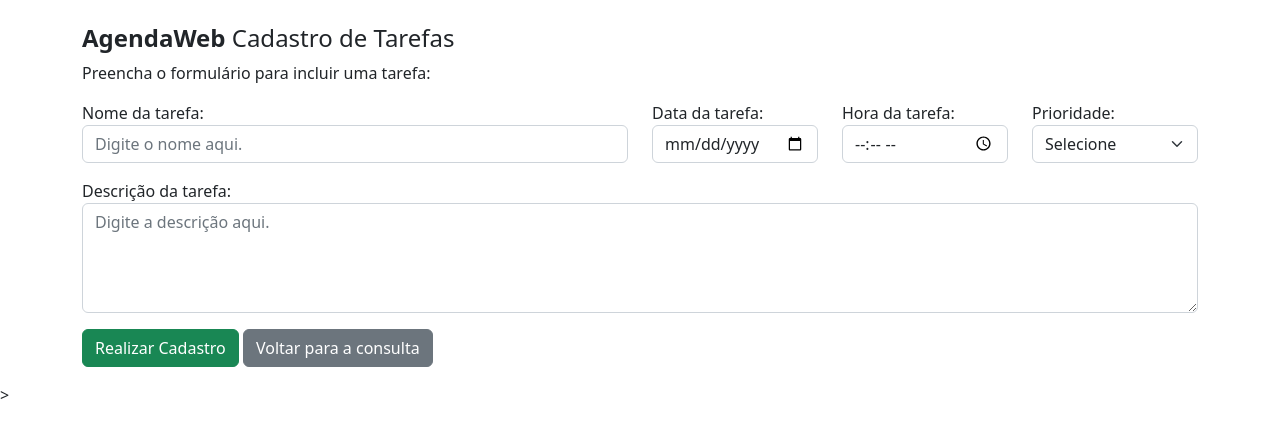
Repository: thamaraamaral/desafio_mvc1
Page: http://localhost/gft-milhas/WEB-INF/views/eventos-cadastro.jsp
These files come from the project's save history. The page is drawn as it stood at one moment and after the next save; the edit follows.
The browser window is 1280 px wide. The pictures show the whole page.
The page is served by Tomcat 9. Nobody is signed in. Other server files are loaded and not shown. The template is opened directly, without the code that normally fills it, so the values that code supplies are empty.

Above is the page before, as saved 2022-10-28 18:25:28.

### gft-milhas/src/main/webapp/WEB-INF/views/eventos-cadastro.jsp
<%@ page language="java" contentType="text/html; charset=ISO-8859-1"
	pageEncoding="UTF-8"%>
<!DOCTYPE html>
<html>
<head>
<meta charset="UTF-8">
<title>Cadastro de Eventos</title>

<!-- CSS only -->
<link
	href="https://cdn.jsdelivr.net/npm/bootstrap@5.2.2/dist/css/bootstrap.min.css"
	rel="stylesheet"
	integrity="sha384-Zenh87qX5JnK2Jl0vWa8Ck2rdkQ2Bzep5IDxbcnCeuOxjzrPF/et3URy9Bv1WTRi"
	crossorigin="anonymous">

</head>
<body>

	<div class="container mt-4">

		<div class="row mb-3">
			<div class="col-md-12">
				<h4><strong>AgendaWeb</strong> Cadastro de Tarefas</h4>
				Preencha o formulário para incluir uma tarefa:
			</div>
		</div>

		<form class="mb-3">

			<div class="row mb-3">
				<div class="col-md-6">
					<label>Nome da tarefa:</label>
					<input type="text" class="form-control" placeholder="Digite o nome aqui."/>
				</div>
				<div class="col-md-2">
					<label>Data da tarefa:</label>
					<input type="date" class="form-control"/>
				</div>
				<div class="col-md-2">
					<label>Hora da tarefa:</label>
					<input type="time" class="form-control"/>
				</div>
				<div class="col-md-2">
					<label>Prioridade:</label>
					<select class="form-select">
						<option>Selecione</option>
					</select>
				</div>
			</div>

			<div class="mb-3">
				<label>Descrição da tarefa:</label>
				<textarea class="form-control" rows="4" placeholder="Digite a descrição aqui."></textarea>
			</div>

			<div class="mb-3">

				<input type="submit" value="Realizar Cadastro" class="btn btn-success"/>

				<a href="/agendaweb/tarefas-consulta" class="btn btn-secondary">
					Voltar para a consulta
				</a>

			</div>

		</form>

	</div>

</body>
</html>>

After the next save:
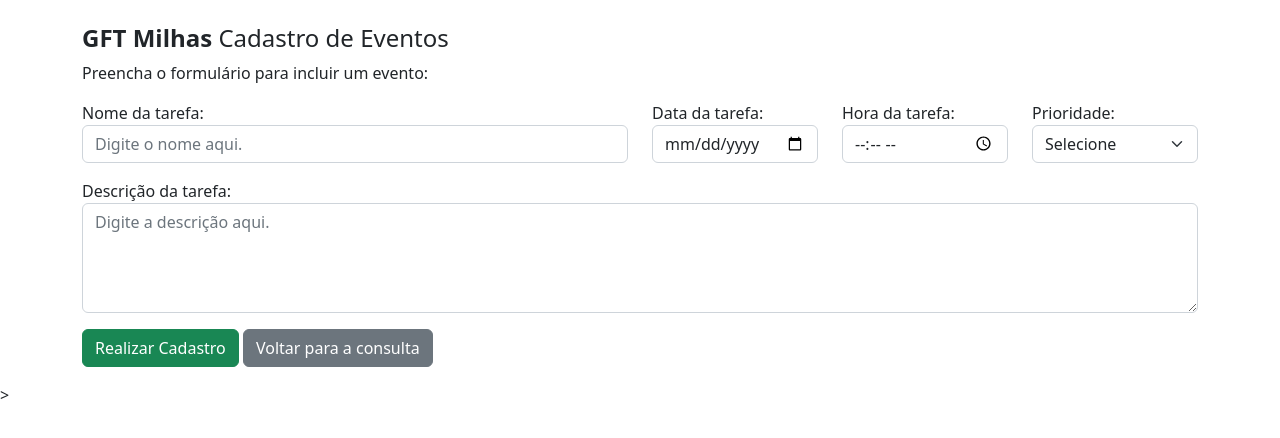
Saved 19 s later.
--- a/gft-milhas/src/main/webapp/WEB-INF/views/eventos-cadastro.jsp
+++ b/gft-milhas/src/main/webapp/WEB-INF/views/eventos-cadastro.jsp
@@ -20,8 +20,8 @@
 
 		<div class="row mb-3">
 			<div class="col-md-12">
-				<h4><strong>AgendaWeb</strong> Cadastro de Tarefas</h4>
-				Preencha o formulário para incluir uma tarefa:
+				<h4><strong>GFT Milhas</strong> Cadastro de Eventos</h4>
+				Preencha o formulário para incluir um evento:
 			</div>
 		</div>
 
